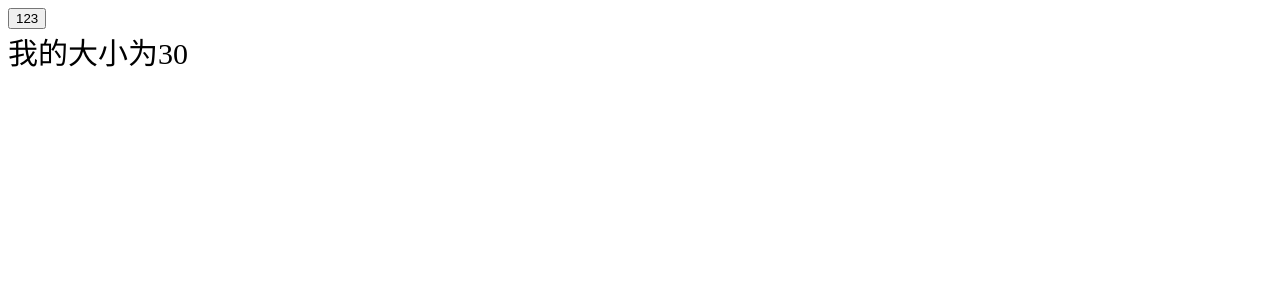
Repository: dashuizun/myProject
Page: Vue/VueZong/cs3.html
An editor plug-in stored every save of this project. The page is shown before and after the next save, followed by the edit.
The browser window is 1280 px wide. The pictures show the whole page.

Above is the page before, as saved 2020-11-06 11:45:26.

### Vue/VueZong/cs3.html
<!DOCTYPE html>
<html lang="en">

<head>
  <meta charset="UTF-8">
  <meta name="viewport" content="width=device-width, initial-scale=1.0">
  <title>Document</title>
  <style>
    .active {
      color: red;
    }
  </style>
</head>

<body>
  <script src="js/vue.js"></script>
  <div id="app">
    <!-- 动态 attribute 名 (2.6.0+) -->
    <button :[attributeKey]="true">123</button>

    <!-- style 绑定 -->
    <div :style="{ fontSize: size + 'px' }">我的大小为30</div>

  </div>
  <script>
    const app = new Vue({
      el: '#app',
      data: {
        attributeKey: 'class',
        size: 30,
      }
    })
  </script>

</body>

</html>

Loaded but not shown: Vue/VueZong/js/vue.js (library)

After the next save:
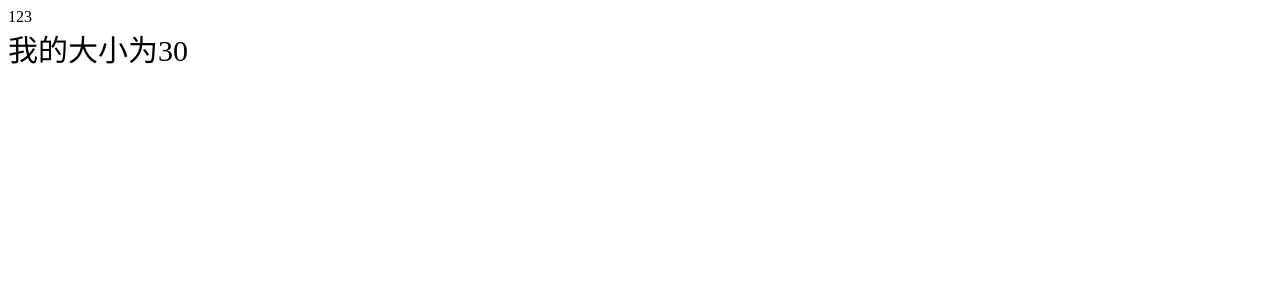
Saved 9 s later.
--- a/Vue/VueZong/cs3.html
+++ b/Vue/VueZong/cs3.html
@@ -16,7 +16,7 @@
   <script src="js/vue.js"></script>
   <div id="app">
     <!-- 动态 attribute 名 (2.6.0+) -->
-    <button :[attributeKey]="true">123</button>
+    <div :[attributeKey]="true">123</div>
 
     <!-- style 绑定 -->
     <div :style="{ fontSize: size + 'px' }">我的大小为30</div>
